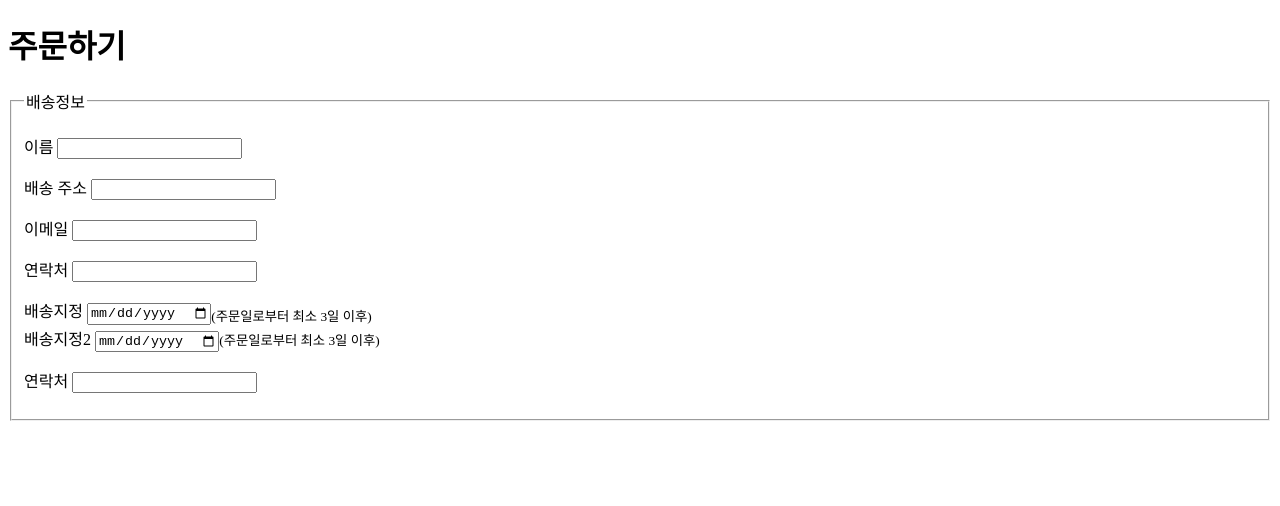
Repository: Kebiskim/2023_WebStudy
Page: 01_01_html/src/main/webapp/day04/Ex04_Delivery_Info2.html
The author's editor kept a copy of each file at every save. The page is drawn from the files as they stood at one save, then again after the next save.
The browser window is 1280 px wide. The pictures show the whole page.

Above is the page before, as saved 2023-06-22 05:54:32.

After the next save:
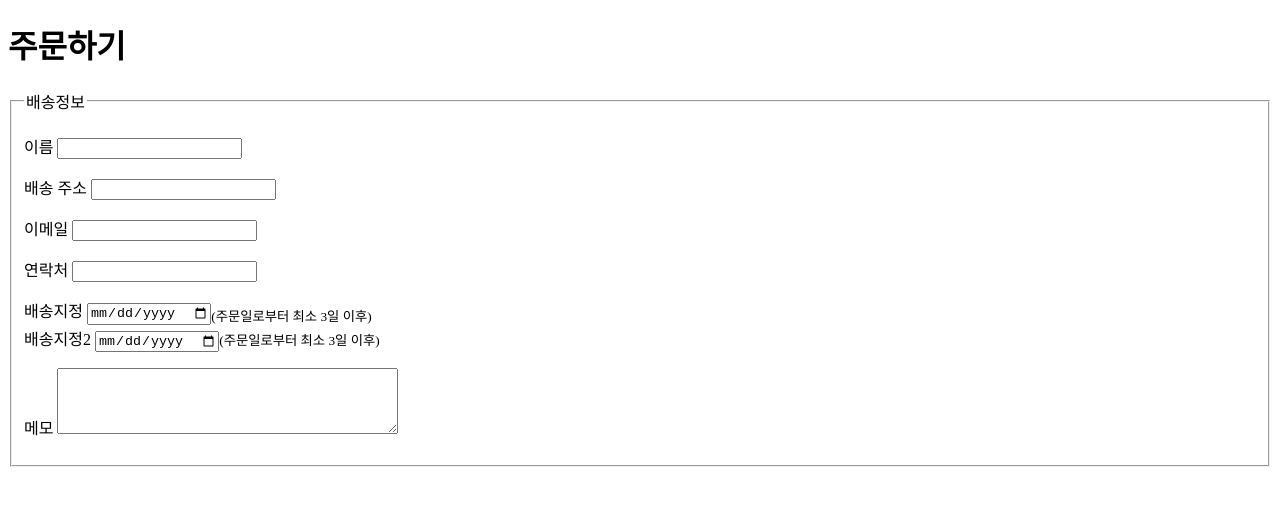
Saved 20 s later.
--- a/01_01_html/src/main/webapp/day04/Ex04_Delivery_Info2.html
+++ b/01_01_html/src/main/webapp/day04/Ex04_Delivery_Info2.html
@@ -41,8 +41,8 @@
 					<input type="date" id="d_day2" name="d_day2"><small>(주문일로부터 최소 3일 이후)</small>
 				</p>
 				<p>
-					<label for="phone">연락처</label>
-					<input type="text" id="phone" name="phone">
+					<label for="memo">메모</label>
+					<textarea rows="4" cols="40" id="memo"></textarea>
 				</p>
 
 
